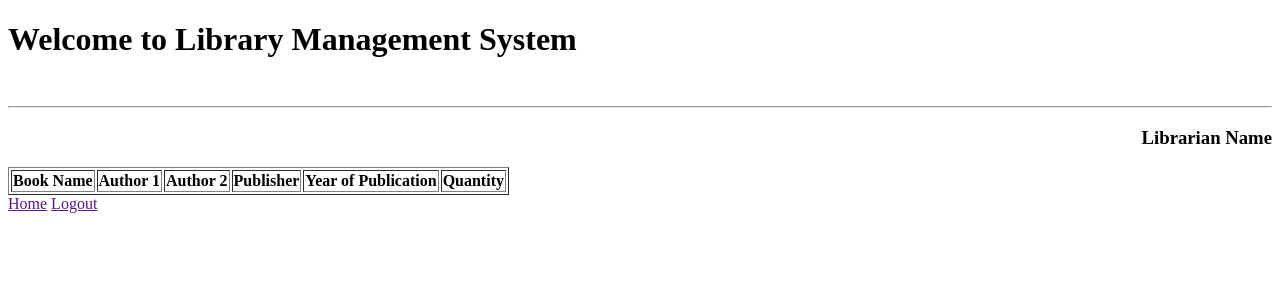
Repository: paragpatidar/LibraryManagementSystem
Page: http://localhost/LibraryManagementSystemSpring/DisplayBook.jsp
The author's editor kept a copy of each file at every save. The page is drawn from the files as they stood at one save, then again after the next save.
The browser window is 1280 px wide. The pictures show the whole page.
The page is served by Tomcat 9. Nobody is signed in. The application's start-up code is not run.

Above is the page before, as saved 2017-11-07 11:58:58.

After the next save:
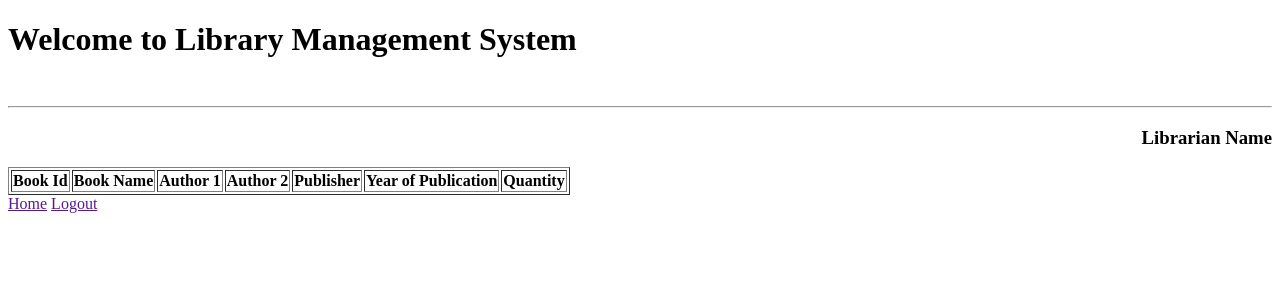
Saved 3 min 7 s later.
--- a/LibraryManagementSystemSpring/WebContent/DisplayBook.jsp
+++ b/LibraryManagementSystemSpring/WebContent/DisplayBook.jsp
@@ -14,9 +14,10 @@
 	<h3 align="right">
 		<%-- ${username } --%>Librarian Name </h3>
 <table border="1">
-<tr><th>Book Name<th>Author 1<th>Author 2<th>Publisher<th>Year of Publication<th>Quantity
+<tr><th>Book Id<th>Book Name<th>Author 1<th>Author 2<th>Publisher<th>Year of Publication<th>Quantity
 <c:forEach items="" var="book">
 <tr>
+<td>{book.bookId}
 <td>{book.bookName}
 <td>{book.author1}
 <td>{book.author2}
